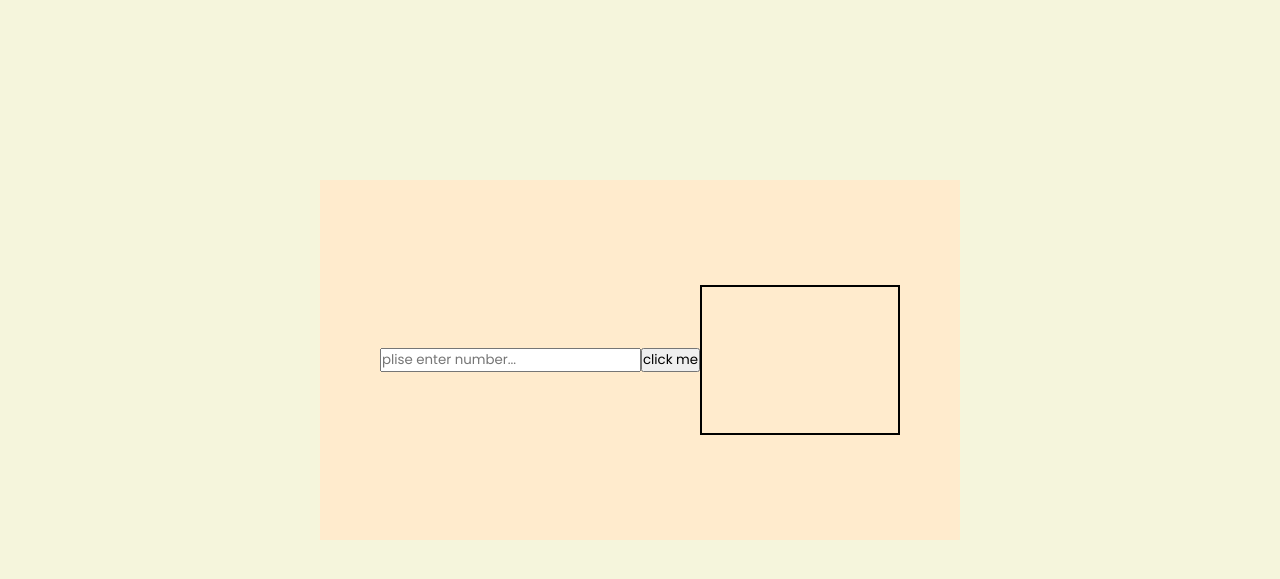
Repository: LusyaPetrosyan/Guessing-Game
Page: index.html
These files come from the project's save history. The page is drawn as it stood at one moment and after the next save; the edit follows.
The browser window is 1280 px wide. The pictures show the whole page.

Above is the page before, as saved 2022-02-21 21:39:00.

After the next save:
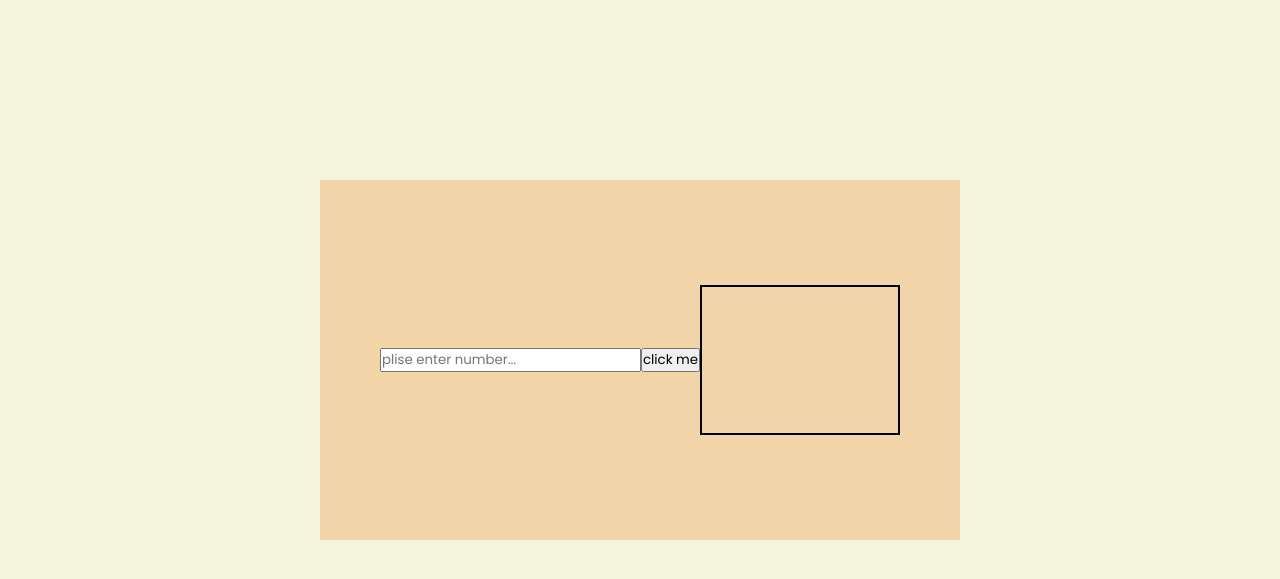
Saved 21 s later.
--- a/style.css
+++ b/style.css
@@ -17,7 +17,7 @@
 }
 
 .conteiner {
-    background-color: blanchedalmond;
+    background-color: rgb(241, 212, 167);
     position: relative;
     width: 50%;
     height: 50%;
